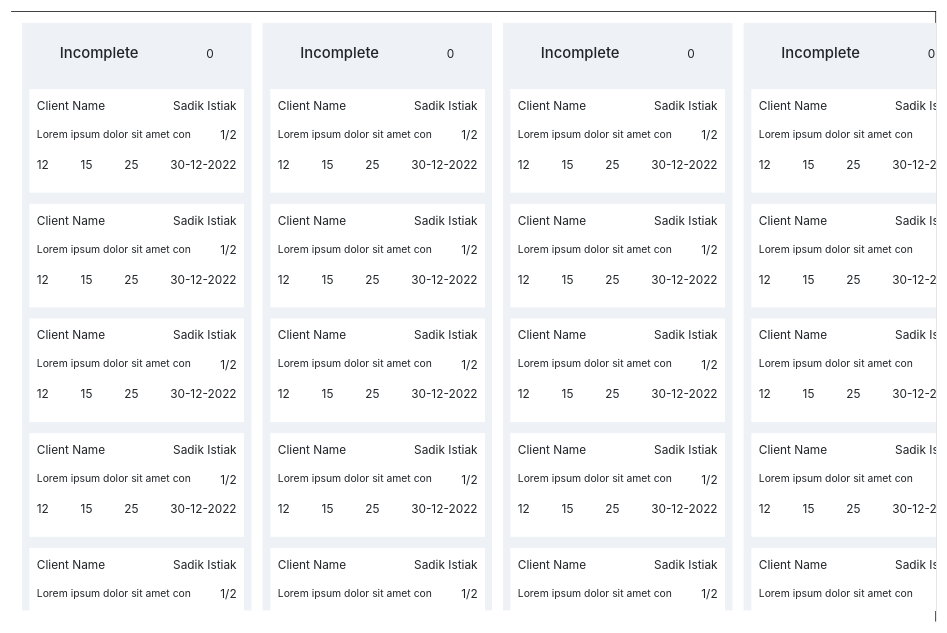
Repository: Sharif-00112/dashboard-task-frontend
Page: /
An editor plug-in stored every save of this project. The page is shown before and after the next save, followed by the edit.
The browser window is 1280 px wide. The pictures show the whole page, at 74% of full size.
The project was rebuilt for these pictures with package versions that can differ from the ones it lists, and the page was loaded fresh each time.

Above is the page before, as saved 2023-01-28 22:52:35.

After the next save:
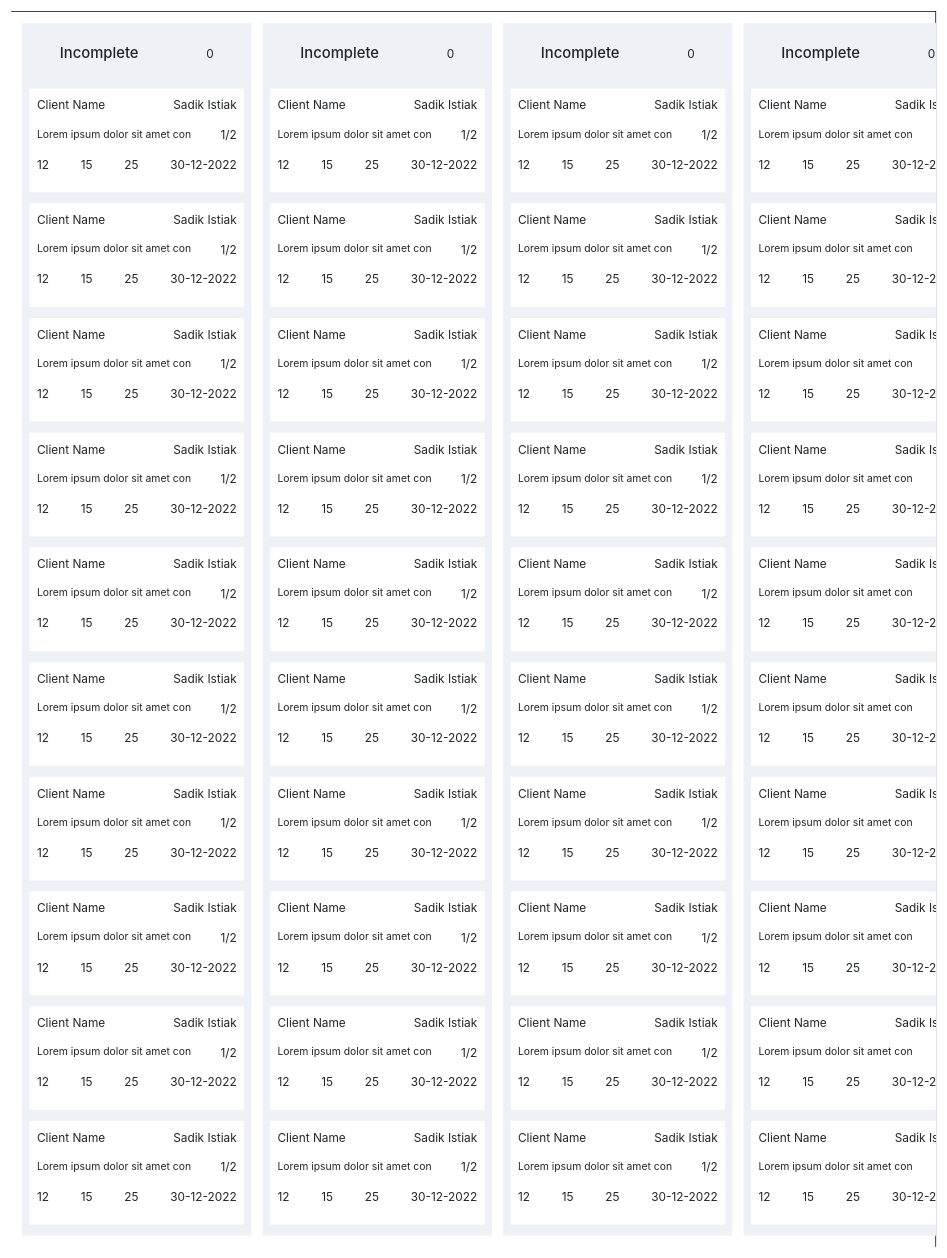
Saved 21 h 5 min later.
--- a/src/Components/styles.css
+++ b/src/Components/styles.css
@@ -4,7 +4,7 @@
 
 .section-container{
     width: 310px;
-    height: 720px;
+    height: 100%;
 }
 
 .task-part{

After the save that followed:
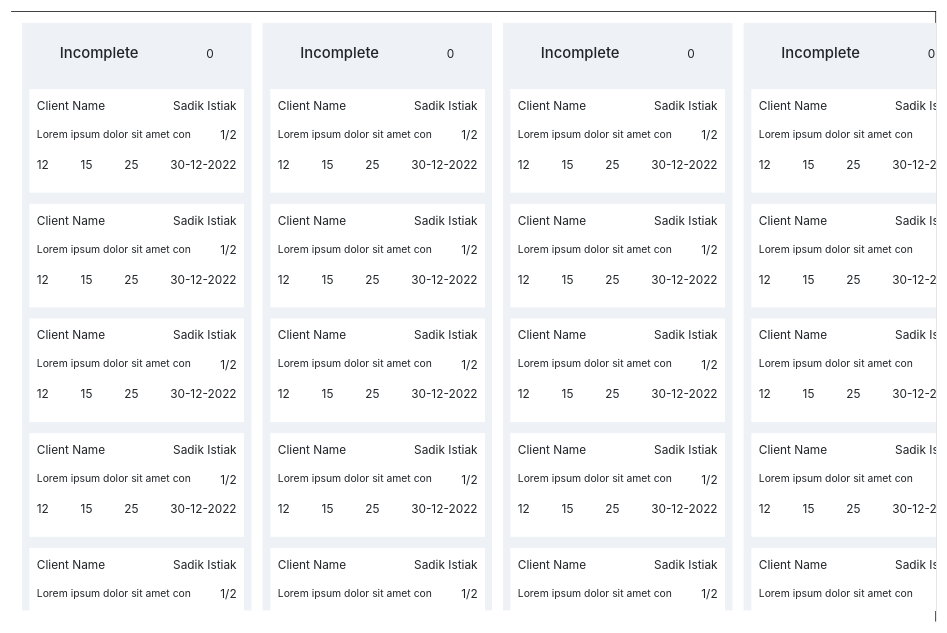
Saved 44 s later.
--- a/src/Components/styles.css
+++ b/src/Components/styles.css
@@ -4,7 +4,7 @@
 
 .section-container{
     width: 310px;
-    height: 100%;
+    height: 100vh;
 }
 
 .task-part{
